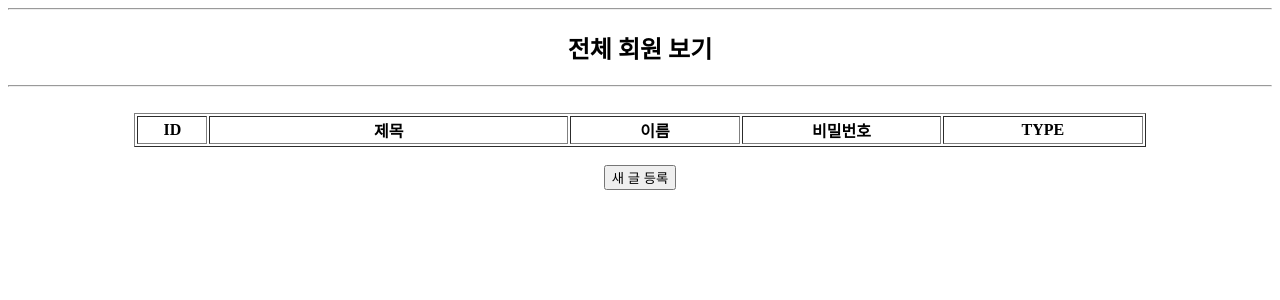
Repository: cdj6995/Web
Page: http://localhost/Mission-Web/jsp/member/list.jsp
These files come from the project's save history. The page is drawn as it stood at one moment and after the next save; the edit follows.
The browser window is 1280 px wide. The pictures show the whole page.
The page is served by Tomcat 9. Other server files are loaded and not shown. Queries for data that is not in the repository find no rows.

Above is the page before, as saved 2022-06-02 10:00:48.

### Mission-Web/src/main/webapp/jsp/member/list.jsp
<%@page import="kr.ac.kopo.util.JDBCClose"%>
<%@page import="kr.ac.kopo.util.ConnectionFactory"%>
<%@ page language="java" contentType="text/html; charset=UTF-8"
    pageEncoding="UTF-8"%>
<%@page import="java.sql.*"%>
<%--
	작업 순서
	1. t_board 테이블에서 전체 게시글 조회
	2. 조회된 게시물을 하나씩 웹브라우저에 출력
 --%>

<%
	Connection conn = new ConnectionFactory().getConnection();
	StringBuilder sql = new StringBuilder();
	sql.append("select no, title, writer, to_char(reg_date, 'yyyy-mm-dd') as reg_date ");
	sql.append(" from t_board ");
	sql.append(" order by no desc ");

	PreparedStatement pstmt = conn.prepareStatement(sql.toString());

	ResultSet rs = pstmt.executeQuery();
%>

<!DOCTYPE html>
<html>
<head>
	<meta charset="UTF-8">
	<title>게시물 목록</title>
	<script src="https://code.jquery.com/jquery-3.6.0.js"></script>
	<script>
		$(document).ready(function() {

			$("#addBtn").click(function(){
				location.href = 'writeForm.jsp'
			})


		})


	</script>
</head>
<body>
	<div align="center">
		<hr>
		<h2>전체 회원 보기</h2>
		<hr>
		<br>
		<table border="1" style = "width : 80%">
			<tr>
				<th width = 7%>ID</th>
				<th>제목</th>
				<th width="17%">이름</th>
				<th width="20%">비밀번호</th>
				<th width="20%">TYPE</th>
			</tr>
			<%
				while(rs.next()){
					int no = rs.getInt("no");
					String title = rs.getString("title");
					String writer = rs.getString("writer");
					String regDate = rs.getString("reg_date");
			%>
					<tr>
						<th><%= no %></th>
						<td style = "padding-left : 10px"><%= title %></td>
						<th><%= writer %></th>
						<th><%= regDate %></th>
					</tr>
			<%
				}
			%>
		</table>
		<br>
		<button id="addBtn">새 글 등록</button>

	</div>
</body>
</html>

<%
	JDBCClose.close(pstmt, conn);
%>

### Mission-Web/src/main/java/kr/ac/kopo/util/ConnectionFactory.java
package kr.ac.kopo.util;

import java.sql.Connection;
import java.sql.DriverManager;

public class ConnectionFactory {
	// try catch 귀찮으면 throws로 넘기면 된다
	public Connection getConnection() throws Exception {
		Connection conn = null;

		Class.forName("oracle.jdbc.driver.OracleDriver");

		String url = "jdbc:oracle:thin:@localhost:1521:xe";
		String user = "scott";
		String pw = "tiger";

		conn = DriverManager.getConnection(url, user, pw);

		return conn;

	}
}

### Mission-Web/src/main/java/kr/ac/kopo/util/JDBCClose.java
package kr.ac.kopo.util;

import java.sql.Connection;
import java.sql.Statement;

public class JDBCClose {

	public static void close(Statement stmt, Connection conn) {
		if(stmt != null) {
			try {
				stmt.close();
			}catch(Exception e) {
				e.printStackTrace();
			}
		}
		if(conn != null) {
			try {
				conn.close();
			}catch(Exception e) {
				e.printStackTrace();
			}
		}
	}
}

After the next save:
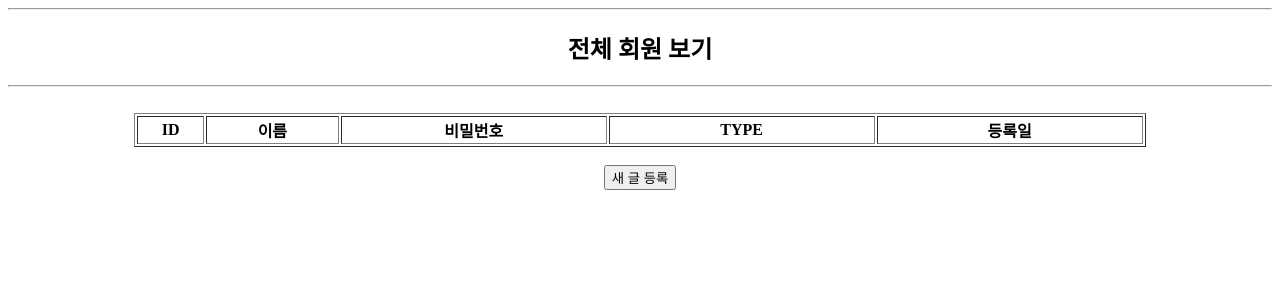
Saved 2 min 45 s later.
--- a/Mission-Web/src/main/webapp/jsp/member/list.jsp
+++ b/Mission-Web/src/main/webapp/jsp/member/list.jsp
@@ -48,11 +48,12 @@
 		<br>
 		<table border="1" style = "width : 80%">
 			<tr>
-				<th width = 7%>ID</th>
-				<th>제목</th>
-				<th width="17%">이름</th>
+				<th width = 5%>ID</th>
+				<th width="10%">이름</th>
 				<th width="20%">비밀번호</th>
 				<th width="20%">TYPE</th>
+				<th width="20%">등록일</th>
+
 			</tr>
 			<%
 				while(rs.next()){
